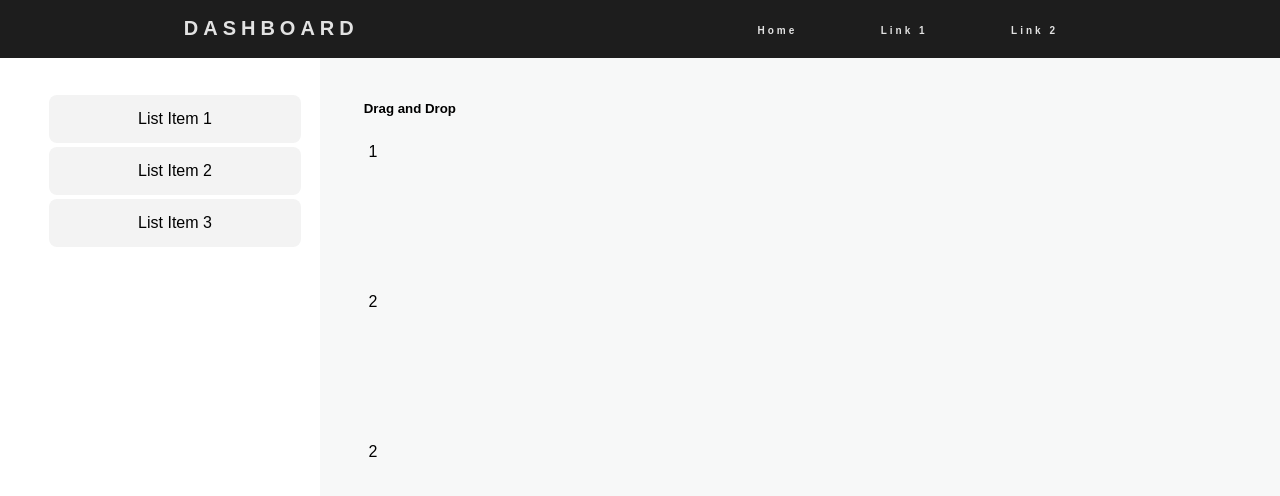
Repository: nourabdelhakam/drag-drop
Page: index.html
The author's editor kept a copy of each file at every save. The page is drawn from the files as they stood at one save, then again after the next save.
The browser window is 1280 px wide. The pictures show the whole page.

Above is the page before, as saved 2020-07-03 10:08:51.

### index.html
<!DOCTYPE html>
<html lang="en">
<head>
    <meta charset="UTF-8">
    <meta name="viewport" content="width=device-width, initial-scale=1.0">
    <meta http-equiv="X-UA-Compatible" content="ie=edge">
    <title>Drag & Drop</title>
    <link rel="stylesheet" href="nav/nav.css">
    <link rel="stylesheet" href="css/main.css">
</head>
<body>

    <!-- <nav> -->
        <nav>
            <div class="logo">
                <h4>Dashboard</h4>
            </div>
            <ul class="nav-links">
                <li><a href="">Home</a></li>
                <li><a href="">Link 1</a></li>
                <li><a href="">Link 2</a></li>
            </ul>
            <div class="burger">
                <div class="line1"></div>
                <div class="line2"></div>
                <div class="line3"></div>
            </div>
        </nav>
      <!-- </nav> end of nav -->

      <section>
                <div class="left">
                    <div class="list">
                        <div class="list-item" draggable="true">List Item 1</div>
                        <div class="list-item" draggable="true">List Item 2</div>
                        <div class="list-item" draggable="true">List Item 3</div>
                    </div>
                  </div>
                  <div class="right">
                      <h5>Drag and Drop</h5>
                      <div class="list">1</div>
                      <div class="list">2</div>
                      <div class="list">2</div>
                  </div>

            <!-- <div class="lists">
                <div class="list">
                    <div class="list-item" draggable="true">List Item 1</div>
                    <div class="list-item" draggable="true">List Item 2</div>
                    <div class="list-item" draggable="true">List Item 3</div>
                </div>
                <div class="list"></div>
                <div class="list"></div>
            </div> -->
      </section>


    <script src="main.js" type="text/javascript"></script>
    <script src="nav/nav.js" type="text/javascript"></script>
</body>
</html>

### nav/nav.css
nav {
    display: flex;
    justify-content: space-around;
    align-items: center;
    min-height: 8vh;
    background-color: #1D1D1D;
    font-family: "Poppins", sans-serif;
}
.logo {
    color: rgb(226, 226, 226);
    text-transform: uppercase;
    letter-spacing: 5px;
    font-size: 20px;
}
.nav-links {
    display: flex;
    justify-content: space-around;
    width: 30%;
}
.nav-links li {
    list-style: none;
}
.nav-links a {
    color: rgb(226, 226, 226);
    text-decoration: none;
    letter-spacing: 3px;
    font-weight: bold;
    font-size: 10px;
}
.burger {
    display: none;
    cursor: pointer;
}
.burger div {
    width: 25px;
    height: 3px;
    background-color: rgb(226, 226, 226);
    margin: 5px;
    transition: all 0.3s ease;
}


@media screen and (max-width:1024px) {
    .nav-links {
        width: 60%;
    }
}

@media screen and (max-width:768px) {

    body {
        overflow-x: hidden;
    }
    .nav-links {
        position: absolute;
        right: 0px;
        height: 92vh;
        top: 8vh;
        background-color: #1D1D1D;
        display: flex;
        flex-direction: column;
        align-items: center;
        width: 50%;
        transform: translatex(100%);
        transition: transform 0.5s ease-in;
    }
    .nav-links li {
        opacity: 0;
    }
    .burger {
        display: block;
    }
}

.nav-active {
    transform: translatex(0%);
}

@keyframes navLinkFade {
    from {
        opacity: 0;
        transform: translatex(50%);
    }
    to {
        opacity: 1;
        transform: translatex(0%);
    }
}

.toggle .line1 {
    transform: rotate(-45deg) translate(-5px, 6px);
}
.toggle .line2 {
    opacity: 0;
}
.toggle .line3 {
    transform: rotate(45deg) translate(-5px, -6px);
}

.landing {
    height: 90vh;
    display: flex;
    justify-content: center;
    align-items: center;
}
.landing h1 {
    margin: 100px;
    font-size: 50px;
    color: #ae5fce;
}

### css/main.css
* {
    margin: 0;
    padding: 0;
    box-sizing: border-box;
}
body {
    font-family: Arial, Helvetica, sans-serif;
}
h4, h5 {
    padding: 2%;
}
.container {
    border-top: 1px dashed gray;
}
.left {
    width: 25%;
    height: 100%;
    float: left;
    padding: 2%;
}
.right {
    width: 75%;
    height: 100%;
    float: left;
    padding: 2%;
    background-color: #F7F8F8;
}
.list {
    width: 100%;
    min-width: 250px;
    max-width: 350px;
    height: 100%;
    min-height: 150px;

    margin: 0 15px;
    padding: 8px;
    transition: all 0.2s linear;
}
.list-item {
    background-color: #F3F3F3;
    border-radius: 8px;
    padding: 15px 20px;
    text-align: center;
    margin: 4px 0;
}
/* .container {
    display: flex;
    flex-flow: column;
    width: 90vw;
    height: 90vh;
    border-top: 1px dashed gray;
}
.lists {
    display: flex;
    flex: 1;
    width: 100%;
    overflow: scroll;
}
.lists .list {
    display: flex;
    flex-flow: column;
    flex: 1;

    width: 100%;
    min-width: 250px;
    max-width: 350px;
    height: 100%;
    min-height: 150px;

    background-color: rgba(0, 0, 0, 0.1);
    margin: 0 15px;
    padding: 8px;
    transition: all 0.2s linear;
}

.lists .list .list-item {
    background-color: #F3F3F3;
    border-radius: 8px;
    padding: 15px 20px;
    text-align: center;
    margin: 4px 0;
} */

### main.js
const list_items = document.querySelectorAll('.list-item');
const lists = document.querySelectorAll('.list');

let draggedItem = null;

for (let i = 0; i < list_items.length; i++) {
	const item = list_items[i];

	item.addEventListener('dragstart', function () {
		draggedItem = item;
		setTimeout(function () {
			item.style.display = 'none';
		}, 0)
	});

	item.addEventListener('dragend', function () {
		setTimeout(function () {
			draggedItem.style.display = 'block';
			draggedItem = null;
		}, 0);
	})

	for (let j = 0; j < lists.length; j ++) {
		const list = lists[j];

		list.addEventListener('dragover', function (e) {
			e.preventDefault();
		});

		list.addEventListener('dragenter', function (e) {
			e.preventDefault();
			this.style.backgroundColor = 'rgba(0, 0, 0, 0.2)';
		});

		list.addEventListener('dragleave', function (e) {
			this.style.backgroundColor = 'rgba(0, 0, 0, 0.1)';
		});

		list.addEventListener('drop', function (e) {
			console.log('drop');
			this.append(draggedItem);
			this.style.backgroundColor = 'rgba(0, 0, 0, 0.1)';
		});
	}
}

### nav/nav.js
const navSlide = () => {
    const burger = document.querySelector('.burger');
    const nav = document.querySelector('.nav-links');
    const navLinks = document.querySelectorAll('.nav-links li');


    burger.addEventListener('click', () => {

        //Toggle Nav
        nav.classList.toggle('nav-active');

        //Animate Links
        navLinks.forEach((link, index) => {

            if (link.style.animation) {
                link.style.animation = '';
            } else {
                link.style.animation = `navLinkFade 0.5s ease forwards ${index / 7 + 0.3}s`;
            }

        });

        //Burger Animation
        burger.classList.toggle('toggle');
    });

}

navSlide();

After the next save:
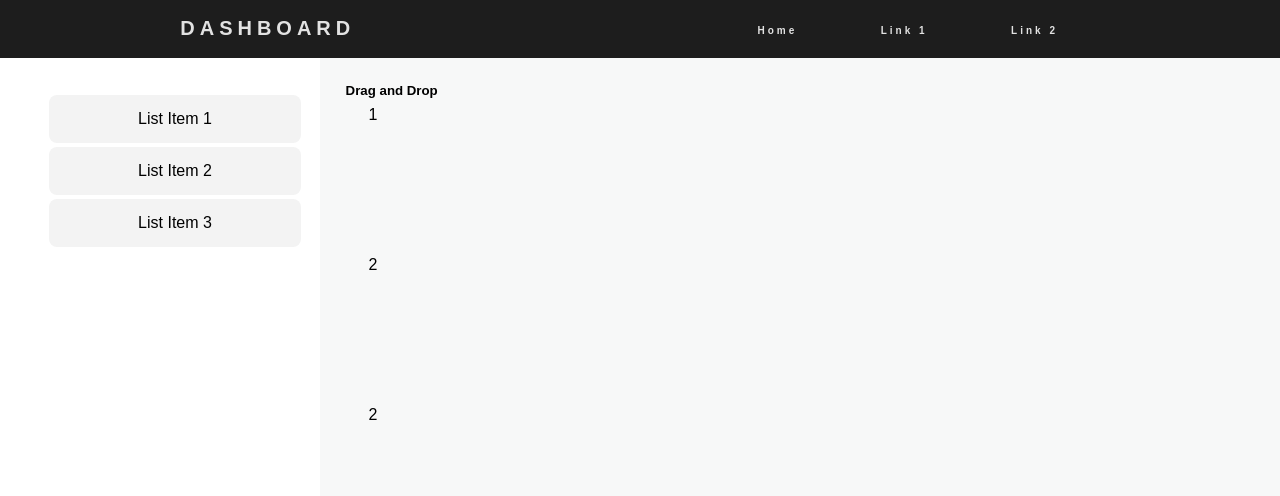
Saved 35 s later.
--- a/css/main.css
+++ b/css/main.css
@@ -5,12 +5,6 @@
 }
 body {
     font-family: Arial, Helvetica, sans-serif;
-}
-h4, h5 {
-    padding: 2%;
-}
-.container {
-    border-top: 1px dashed gray;
 }
 .left {
     width: 25%;
